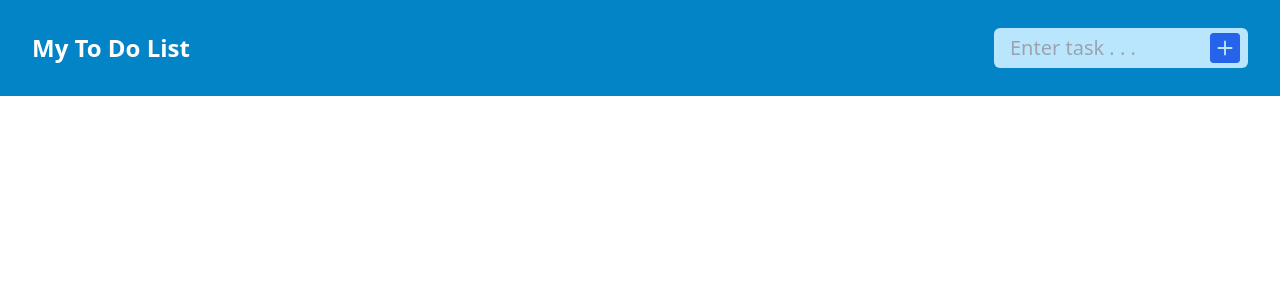
Repository: SaadYasin/react-to-do-list
Page: /
The author's editor kept a copy of each file at every save. The page is drawn from the files as they stood at one save, then again after the next save.
The browser window is 1280 px wide. The pictures show the whole page.
The project was rebuilt for these pictures with package versions that can differ from the ones it lists, and the page was loaded fresh each time. Also part of the build but not shown: src/App.css.

Above is the page before, as saved 2022-11-09 20:28:08.

### public/index.html
<!DOCTYPE html>
<html lang="en">
  <head>
    <meta charset="utf-8" />
    <link rel="icon" href="%PUBLIC_URL%/favicon.ico" />
    <meta name="viewport" content="width=device-width, initial-scale=1" />
    <meta name="theme-color" content="#000000" />
    <meta
      name="description"
      content="Web site created using create-react-app"
    />
    <link rel="apple-touch-icon" href="%PUBLIC_URL%/logo192.png" />

    <link rel="manifest" href="%PUBLIC_URL%/manifest.json" />

    <title>React | To Do List</title>
  </head>
  <body>
    <noscript>You need to enable JavaScript to run this app.</noscript>
    <div id="root"></div>

  </body>
</html>

### src/App.js
import Header from './components/Header';
import './App.css';

function App() {
  return (
    <div>
      <Header />
    </div>
  );
}

export default App;

### src/components/Header.js
import React from 'react'
import Input from './Input'

const Header = () => {
  return (
    <div className="flex flex-col items-center md:flex-row md:justify-between h-24 bg-sky-600 px-8">
      <h1 className="text-2xl font-bold text-white my-2">My To Do List</h1>
      <Input />
    </div>
  );
}

export default Header

### src/components/Input.js
import React from "react";
import { BsFillPlusSquareFill } from "react-icons/bs";

const Input = () => {
  return (
    <div>
      <form className="flex h-10 bg-sky-200 rounded-md">
        <input
          type="text"
          placeholder="Enter task . . ."
          className="text-xl bg-transparent text-white px-4 w-52 outline-none"
        />
        <button className="text-3xl text-blue-600 px-2" type="submit">
          <BsFillPlusSquareFill />
        </button>
      </form>
    </div>
  );
};

export default Input;

Loaded but not shown: src/index.js (common file); src/index.css (common file); tailwind.config.js (common file)

After the next save:
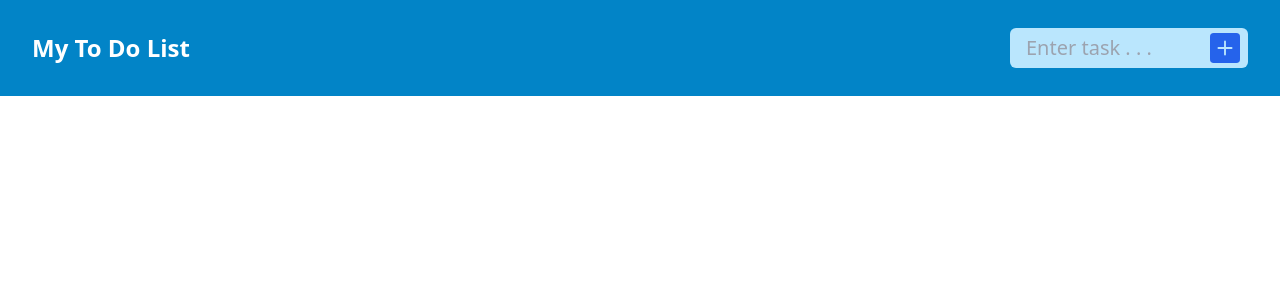
Saved 31 s later.
--- a/src/components/Input.js
+++ b/src/components/Input.js
@@ -8,7 +8,7 @@
         <input
           type="text"
           placeholder="Enter task . . ."
-          className="text-xl bg-transparent text-white px-4 w-52 outline-none"
+          className="text-xl bg-transparent text-white px-4 w-48 outline-none"
         />
         <button className="text-3xl text-blue-600 px-2" type="submit">
           <BsFillPlusSquareFill />
